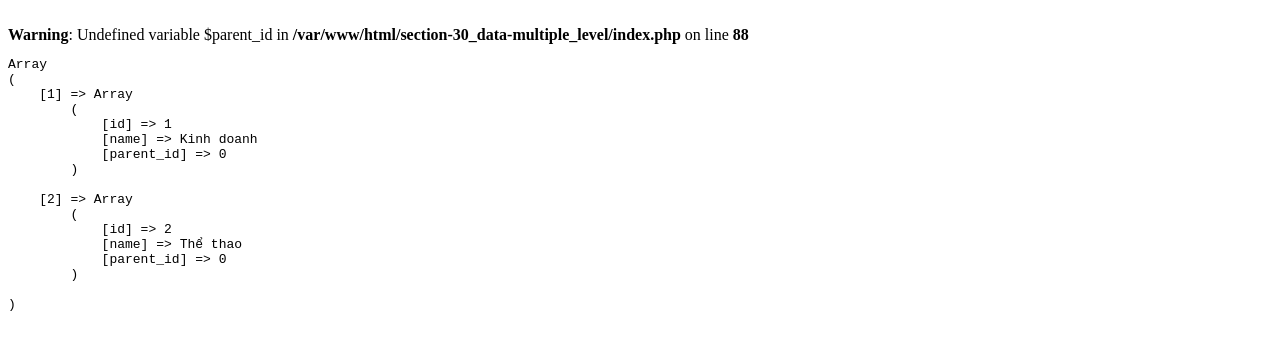
Repository: anhtu2110/backend
Page: http://localhost/backend/section-30_data-multiple_level/index.php
The author's editor kept a copy of each file at every save. The page is drawn from the files as they stood at one save, then again after the next save.
The browser window is 1280 px wide. The pictures show the whole page.
The page is run by PHP 8.4 with error messages shown; the project is at /var/www/html/.

Above is the page before, as saved 2022-12-06 14:55:33.

After the next save:
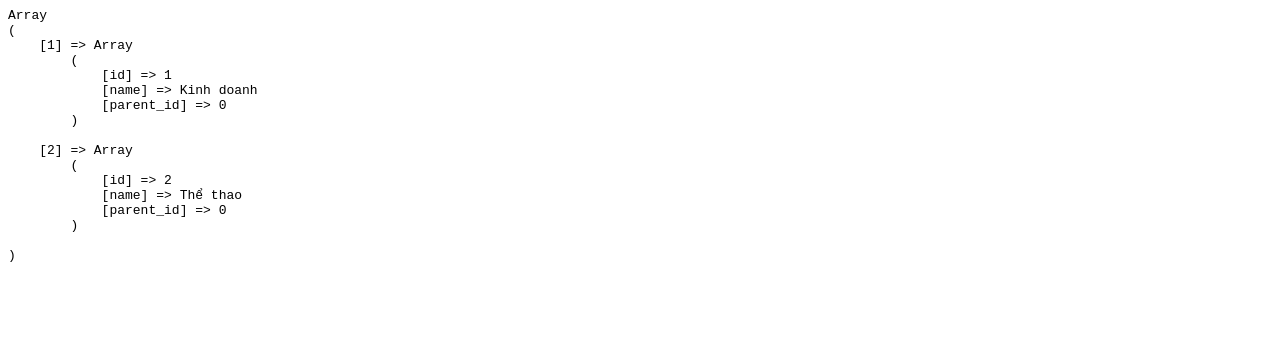
Saved 14 s later.
--- a/section-30_data-multiple_level/index.php
+++ b/section-30_data-multiple_level/index.php
@@ -85,4 +85,4 @@ function show_array($data)
         echo "</pre>";
     }
 }
-show_array(data_tree($data, $parent_id));
+show_array(data_tree($data, $parent_id = 0));
